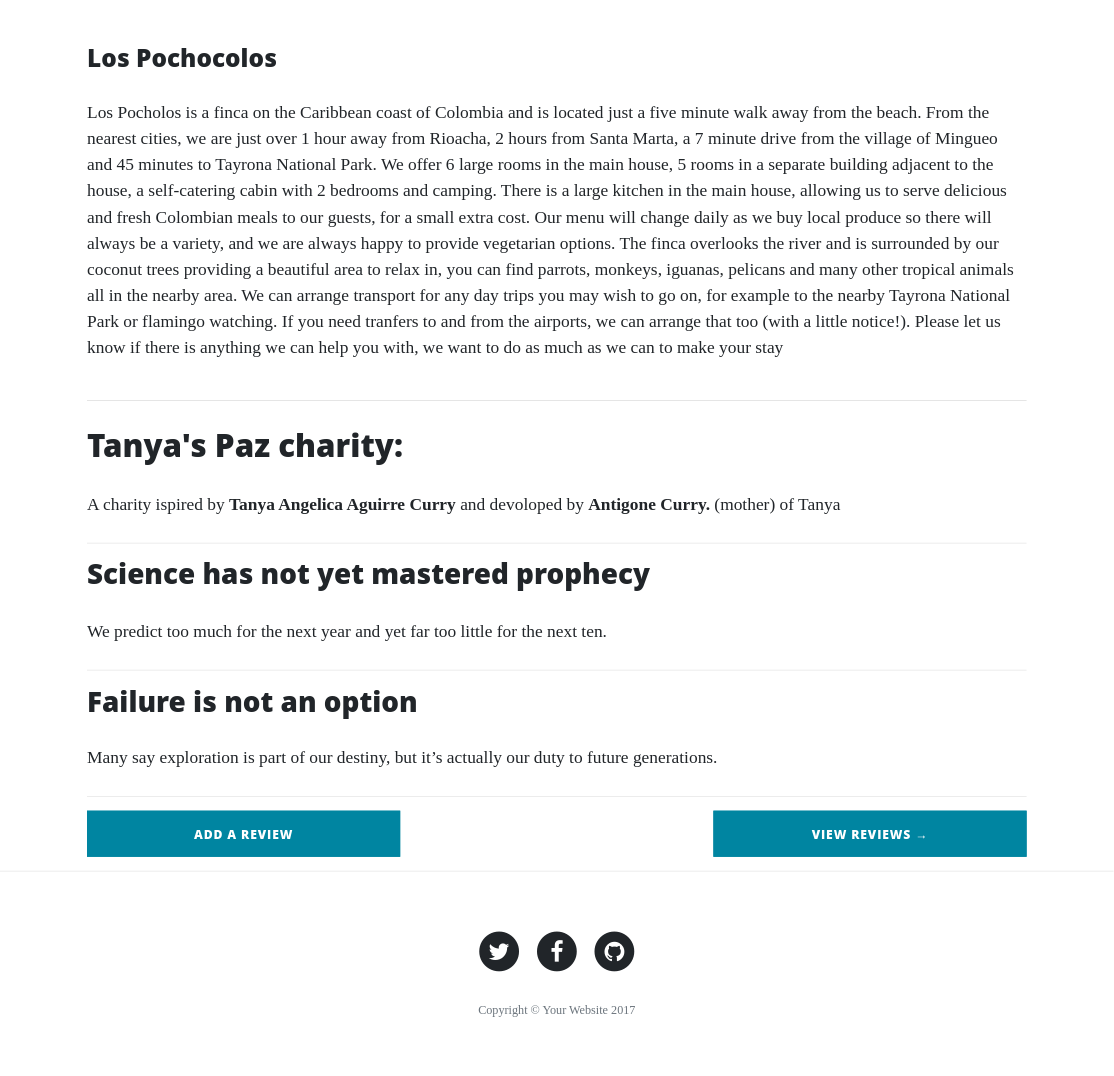
Repository: cachimiro/los-pochoclos
Page: http://localhost/
The author's editor kept a record of every edit. The page is drawn from the files as they stood at one moment, then again after the next edit.
The browser window is 1280 px wide. The pictures show the part of the page from y = 532 to 1769 px (the page is 1769 px tall), at 87% of full size.
The page is served by the project's application, run on Flask 3 (run.py). Other server files are loaded and not shown.

Above is the page before.

### templates/index.html


{% extends 'base.html' %} {% block content %}
<div class="container">
<div class="row">
    <div class="col-sm-12 col-lg-12 col-md-12 ">
        <h3>Los Pochocolos</h3>
        <p>  Los Pocholos is a finca on the Caribbean coast of Colombia and is located just a five minute walk away from the beach. From the nearest cities, we are just over 1 hour away from Rioacha, 2 hours from Santa Marta, a 7 minute drive from the village of Mingueo and 45 minutes to Tayrona National Park.
        We offer 6 large rooms in the main house, 5 rooms in a separate building adjacent to the house, a self-catering cabin with 2 bedrooms and camping. There is a large kitchen in the
        main house, allowing us to serve delicious and fresh Colombian meals to our guests, for a small extra cost. Our menu will change daily as we buy local produce so there will always be a variety, and we are always happy
        to provide vegetarian options.
        The finca overlooks the river and is surrounded by our coconut trees providing a beautiful area to relax in, you can find parrots, monkeys, iguanas, pelicans and many other tropical animals all in the nearby area.
        We can arrange transport for any day trips you may wish to go on, for example to the nearby Tayrona National Park or flamingo watching. If you need tranfers to and from the airports, we can arrange that too (with a little notice!).
        Please let us know if there is anything we can help you with, we want to do as much as we can to make your stay
     </p>
           </div>
        </div>
        <hr>
        <div class="post-preview">
            <a href="{{ url_for('charity') }}">
                <h2 class="post-title">
                    Tanya's Paz charity: </h2><p>  A charity ispired by <strong>Tanya Angelica Aguirre Curry</strong> and devoloped by <strong>Antigone Curry.</strong>
                    (mother) of Tanya</p>


        </div>
        <hr>
        <div class="post-preview">
            <a href="#">
                <h2 class="#">
                    Science has not yet mastered prophecy
                </h2>
                <p class="#">
                    We predict too much for the next year and yet far too little for the next ten.
                </p>
            </a>

        </div>
        <hr>
        <div class="post-preview">
            <a href="post.html">
                <h2 class="#">
                    Failure is not an option
                </h2>
                <p class="#">
                    Many say exploration is part of our destiny, but it’s actually our duty to future generations.
                </p>
            </a>

        </div>
        <hr>
        <!-- Pager -->
        <div class="clearfix">
            <a class="btn btn-primary float-right col-sm-6 col-md-4 col-lg-4" href="{{url_for('get_reviews')}} ">view reviews &rarr;</a>
            <a class="btn btn-primary float-left col-sm-6 col-md-4 col-lg-4" href="{{url_for('add_review')}}">Add a review</a>
        </div>
    </div>
</div>
<!----just commeting out this section for the chat
<form method="POST">
            <label for="username">Username:</label>
            <input type="text" id="username" name="username">
            <button>Go to chat!</button>
        </form>
        ------->
{% endblock %}

### templates/base.html
<!DOCTYPE html>
<html lang="en">
<head>
    <meta charset="UTF-8">
    <meta name="viewport" content="width=device-width, initial-scale=1.0">
    <meta http-equiv="X-UA-Compatible" content="ie=edge">
    <link href="https://stackpath.bootstrapcdn.com/font-awesome/4.7.0/css/font-awesome.min.css" rel="stylesheet" integrity="sha384-wvfXpqpZZVQGK6TAh5PVlGOfQNHSoD2xbE+QkPxCAFlNEevoEH3Sl0sibVcOQVnN" crossorigin="anonymous">
    <link href="{{ url_for('static', filename='vendor/bootstrap/css/bootstrap.min.css') }}" rel="stylesheet">
    <link rel="stylesheet" href="{{ url_for('static', filename='css/clean-blog.min.css') }}" type="text/css" />
    <link rel="stylesheet" href="{{ url_for('static', filename='css/style.css') }}" type="text/css" />
    <title>Los Pochocolos</title>
</head>
<body>
    <!-- Navigation -->
    <nav class="navbar navbar-expand-lg navbar-light fixed-top" id="mainNav">
        <div class="container">
            <a class="navbar-brand" href="{{url_for('index') }}">Finca Los Pochocolos</a>
            <button class="navbar-toggler navbar-toggler-right" type="button" data-toggle="collapse" data-target="#navbarResponsive" aria-controls="navbarResponsive" aria-expanded="false" aria-label="Toggle navigation">
          Menu
          <i class="fa fa-bars"></i>
        </button>
            <div class="collapse navbar-collapse" id="navbarResponsive">
                <ul class="navbar-nav ml-auto">
                    <li class="nav-item">
                        <a class="nav-link" href="{{ url_for('index') }}">Home</a>
                    </li>
                    <li class="nav-item">
                        <a class="nav-link" href="{{ url_for('rooms') }}">Rooms</a>
                    </li>
                    <li class="nav-item">
                        <a class="nav-link" href="{{ url_for('about') }}">About</a>
                    </li>
                    <li class="nav-item">
                        <a class="nav-link" href="{{ url_for('contact') }}">Contact</a>
                    </li>
                    <li class="nav-item">
                        <a class="nav-link" href="{{ url_for('rooms') }}">Rooms</a>
                    </li>
                       <li class="nav-item">
                        <a class="nav-link" href="{{ url_for('charity') }}">Charity</a>
                    </li>
                </ul>
            </div>
        </div>
    </nav>

    <!-- Page Header -->
    <header class="masthead" style="background-image: url('https://berakatours.com/wp-content/uploads/2017/09/Avistamiento-Aves-Colombia.jpg')">
        <div class="overlay"></div>
        <div class="container">
            <div class="row">
                <div class="col-lg-8 col-md-10 mx-auto">
                    <div class="site-heading">
                        <h1>Los Pocholos</h1>
                        <span class="subheading">Turismo En La Guajira Colombia</span>
                    </div>
                </div>
            </div>
        </div>
    </header>

    <!-- Main Content -->
    <div class="container">
        {% block content %} {% endblock %}
    </div>

    <hr>

    <!-- Footer -->
    <footer>
        <div class="container">
            <div class="row">
                <div class="col-lg-8 col-md-10 mx-auto">
                    <ul class="list-inline text-center">
                        <li class="list-inline-item">
                            <a href="#">
                                <span class="fa-stack fa-lg">
                    <i class="fa fa-circle fa-stack-2x"></i>
                    <i class="fa fa-twitter fa-stack-1x fa-inverse"></i>
                  </span>
                            </a>
                        </li>
                        <li class="list-inline-item">
                            <a href="#">
                                <span class="fa-stack fa-lg">
                    <i class="fa fa-circle fa-stack-2x"></i>
                    <i class="fa fa-facebook fa-stack-1x fa-inverse"></i>
                  </span>
                            </a>
                        </li>
                        <li class="list-inline-item">
                            <a href="#">
                                <span class="fa-stack fa-lg">
                    <i class="fa fa-circle fa-stack-2x"></i>
                    <i class="fa fa-github fa-stack-1x fa-inverse"></i>
                  </span>
                            </a>
                        </li>
                    </ul>
                    <p class="copyright text-muted">Copyright &copy; Your Website 2017</p>
                </div>
            </div>
        </div>
    </footer>

    <!-- Bootstrap core JavaScript -->
    <script src="{{ url_for('static', filename='vendor/jquery/jquery.min.js') }}"></script>
    <script src="{{ url_for('static', filename='vendor/bootstrap/js/bootstrap.bundle.min.js') }}"></script>

    <!-- Custom scripts for this template -->
    <script src="{{ url_for('static', filename='js/clean-blog.min.js') }}"></script>

</body>
</html>

### run.py
import os
import json
import click
from flask_mail import Mail
from flask_mail import Message
from flask import Flask, render_template, request,redirect, flash, url_for
from flask_pymongo import PyMongo
from bson.objectid import ObjectId



app = Flask(__name__)
mail = Mail(app)
app.config["MONGO_DBNAME"] = 'reviews'
app.config["MONGO_URI"] = "mongodb+srv://root:Johann@myfirstcluster-ugp0n.mongodb.net/reviews?retryWrites=true&w=majority"

mongo = PyMongo(app)
app.secret_key = "cachimiro"

# code to be ble to see reviews
@app.route('/view_reviews')
def get_reviews():
    return render_template("reviews.html", opinion=mongo.db.opinion.find())



 # code to shorten reviews so they are not to overwelming

        # TODO: write code...
# this line of code will allow costumesr to add reviews
@app.route('/add_review')
def add_review():
    return render_template('add-reviews.html')


@app.route('/add_review', methods=['POST'])
def insert_task():
    tasks = mongo.db.opinion
    tasks.insert_one(request.form.to_dict())
    return redirect(url_for('get_reviews'))

# code for conecting templates
@app.route('/')
def index():
    return render_template("index.html")


@app.route('/about')
def about():
    data = []
    with open("data/company.json", "r") as json_data:
        data = json.load(json_data)
    return render_template("about.html", page_title="About", company=data)

@app.route('/about/<member_name>')
def about_member(member_name):
    member = {}

    with open("data/company.json", "r") as json_data:
        data = json.load(json_data)
        for obj in data:
            if obj["url"] == member_name:
                member = obj

    return render_template("member.html", member=member)




@app.route('/contact',methods=["GET", "POST"])
def contact():

    msg = Message("Hello",
                  sender= input(""),
                  recipients=["johannaguirre55@gmail.com"])


    return render_template("contact.html", page_title="Contact")


@app.route('/rooms')
def rooms():
   return render_template("rooms.html", page_title="Rooms")

@app.route('/charity')
def charity():
   return render_template("charity.html", page_title="charity")

@app.route('/administration')
def Admin_update_reviews_and_more():
   return render_template("admin.html", opinion=mongo.db.opinion.find())

# this line of code is for the managers to update their reviews and delete them
@app.route('/edit_review/<opinion_id>')
def edit_review(opinion_id):
    the_opinion =  mongo.db.opinion.find_one({"_id": ObjectId(opinion_id)})
    return render_template('update.html', opinion=the_opinion)


@app.route('/update_opinion/<opinion_id>', methods=["POST"])
def update_opinion(opinion_id):
    opinion = mongo.db.opinion
    opinion.update( {'_id': ObjectId(opinion_id)},
    {
        'name':request.form.get('name'),
        'surname':request.form.get('surname'),
        'Title': request.form.get('Title'),
        'Opinion': request.form.get('Opinion'),
        'how_would_you_improve_it':request.form.get('how_would_you_improve_it')
    })
    return redirect(url_for('Admin_update_reviews_and_more'))


@app.route('/delete_opinion/<opinion_id>')
def delete_opinion(opinion_id):
    mongo.db.opinion.remove({'_id': ObjectId(opinion_id)})
    return redirect(url_for('Admin_update_reviews_and_more'))


if __name__ == '__main__':
    app.run(host=os.environ.get('IP'),
            port=int(os.environ.get('PORT')),
            debug=True)

### static/css/style.css
.col-md-5 img {
    width: 50%;
    height: 50%;
    margin-top: 30px;
    margin-bottom: 50px;

}

Loaded but not shown: static/css/clean-blog.min.css (library); static/js/clean-blog.min.js (common file)

After the next edit:
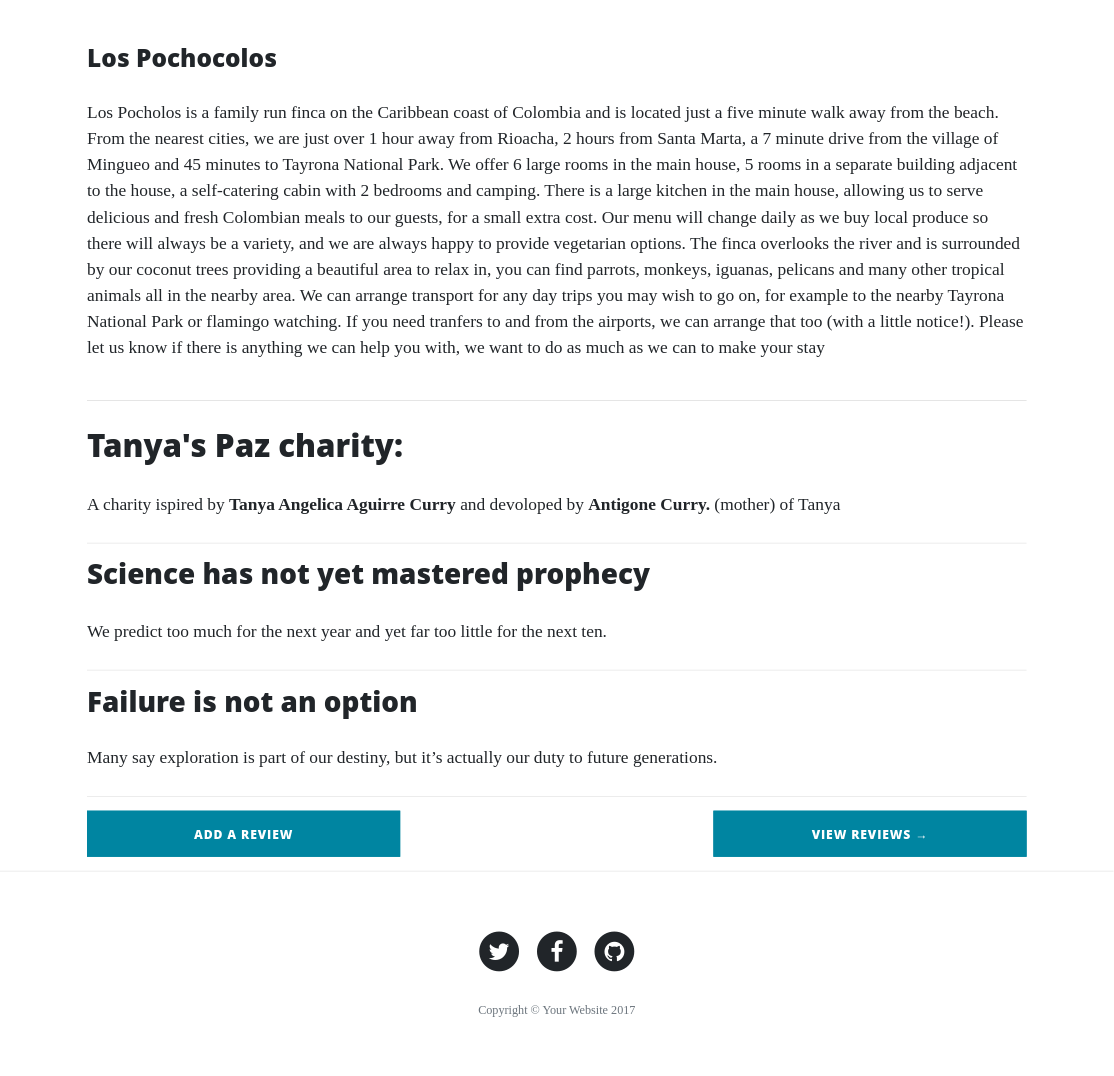
The edit:
--- a/templates/index.html
+++ b/templates/index.html
@@ -5,7 +5,7 @@
 <div class="row">
     <div class="col-sm-12 col-lg-12 col-md-12 ">
         <h3>Los Pochocolos</h3>
-        <p>  Los Pocholos is a finca on the Caribbean coast of Colombia and is located just a five minute walk away from the beach. From the nearest cities, we are just over 1 hour away from Rioacha, 2 hours from Santa Marta, a 7 minute drive from the village of Mingueo and 45 minutes to Tayrona National Park.
+        <p>  Los Pocholos is a family run finca on the Caribbean coast of Colombia and is located just a five minute walk away from the beach. From the nearest cities, we are just over 1 hour away from Rioacha, 2 hours from Santa Marta, a 7 minute drive from the village of Mingueo and 45 minutes to Tayrona National Park.
         We offer 6 large rooms in the main house, 5 rooms in a separate building adjacent to the house, a self-catering cabin with 2 bedrooms and camping. There is a large kitchen in the
         main house, allowing us to serve delicious and fresh Colombian meals to our guests, for a small extra cost. Our menu will change daily as we buy local produce so there will always be a variety, and we are always happy
         to provide vegetarian options.
